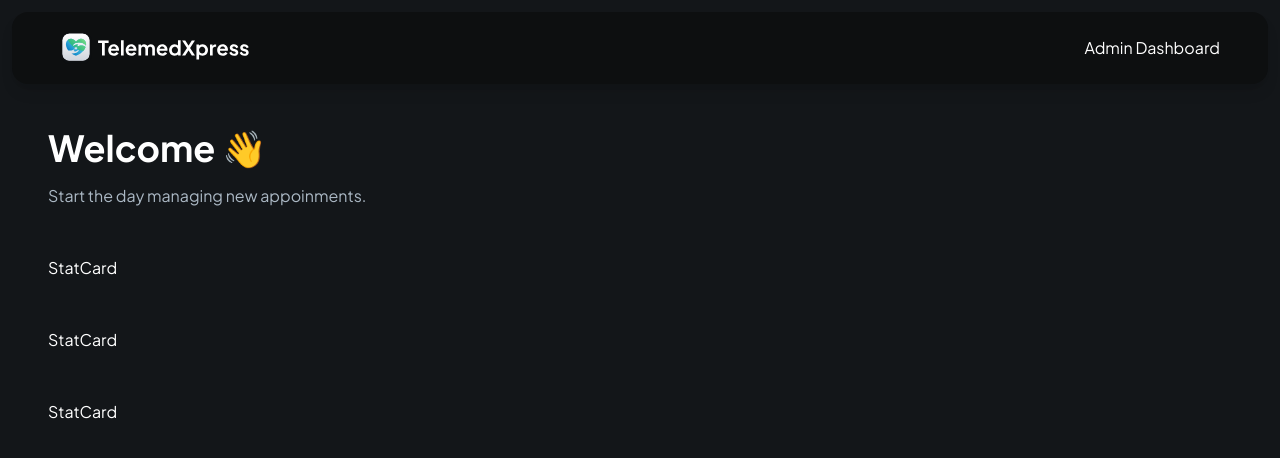
Repository: Carlito-Pedida/telemed
Page: /admin
The author's editor kept a copy of each file at every save. The page is drawn from the files as they stood at one save, then again after the next save.
The browser window is 1280 px wide. The pictures show the whole page.
The project was rebuilt for these pictures with package versions that can differ from the ones it lists, and the page was loaded fresh each time. The framework's server and built-in components were replaced by stand-ins that run in the browser. Also part of the build but not shown: next.config.mjs.

Above is the page before, as saved 2024-11-08 16:04:29.

### app/layout.tsx
import type { Metadata } from "next";
import { Plus_Jakarta_Sans } from "next/font/google";
import "./globals.css";
import { cn } from "@/lib/utils";
import { ThemeProvider } from "@/components/theme-provider";

const fontSans = Plus_Jakarta_Sans({
  subsets: ["latin"],
  weight: ["300", "400", "500", "600", "700"],
  variable: "--font-sans"
});

export const metadata: Metadata = {
  title: "TelemedXpress",
  description: "An Online Healthcare Resource"
};

export default function RootLayout({
  children
}: Readonly<{
  children: React.ReactNode;
}>) {
  return (
    <html lang="en">
      <body
        className={cn(
          "min-h-screen bg-dark-300 font-sans antialiased",
          fontSans.variable
        )}
      >
        <ThemeProvider
          attribute="class"
          defaultTheme="dark"
          enableSystem
          disableTransitionOnChange
        >
          {children}
        </ThemeProvider>
      </body>
    </html>
  );
}

### app/admin/page.tsx
import StatCard from "@/components/StatCard";
import Image from "next/image";
import Link from "next/link";
import React from "react";

const Admin = () => {
  return (
    <div className="mx-auto flex max-w-7xl flex-col space-y-14">
      <header className="admin-header">
        <Link href="/" className="cursor-pointer">
          <Image
            src="/assets/icons/logo-full.svg"
            height={32}
            width={32}
            alt="Logo"
            className="h-8 w-fit"
          />
        </Link>

        <p className="" text-16-semibold>
          Admin Dashboard
        </p>
      </header>
      <main className="admin-main">
        <section className="w-full space-y-4">
          <h1 className="header">Welcome 👋</h1>
          <p className="text-dark-700">
            Start the day managing new appoinments.
          </p>
        </section>

        <section className="admin-stat">
          <StatCard
            type="appointments"
            count={5}
            label="Scheduled appointments"
            icon="/assets/icons/appointments.svg"
          />
        </section>

        <section className="admin-stat">
          <StatCard
            type="pending"
            count={10}
            label="Pending appointments"
            icon="/assets/icons/pending.svg"
          />
        </section>

        <section className="admin-stat">
          <StatCard
            type="cancelled"
            count={2}
            label="Cancelled appointments"
            icon="/assets/icons/cancelled.svg"
          />
        </section>
      </main>
    </div>
  );
};

export default Admin;

### lib/utils.ts
import { type ClassValue, clsx } from "clsx";
import { twMerge } from "tailwind-merge";

export function cn(...inputs: ClassValue[]) {
  return twMerge(clsx(inputs));
}

export const parseStringify = (value: any) => JSON.parse(JSON.stringify(value));

export const convertFileToUrl = (file: File) => URL.createObjectURL(file);

// FORMAT DATE TIME
export const formatDateTime = (dateString: Date | string) => {
  const dateTimeOptions: Intl.DateTimeFormatOptions = {
    // weekday: "short", // abbreviated weekday name (e.g., 'Mon')
    month: "short", // abbreviated month name (e.g., 'Oct')
    day: "numeric", // numeric day of the month (e.g., '25')
    year: "numeric", // numeric year (e.g., '2023')
    hour: "numeric", // numeric hour (e.g., '8')
    minute: "numeric", // numeric minute (e.g., '30')
    hour12: true // use 12-hour clock (true) or 24-hour clock (false)
  };

  const dateDayOptions: Intl.DateTimeFormatOptions = {
    weekday: "short", // abbreviated weekday name (e.g., 'Mon')
    year: "numeric", // numeric year (e.g., '2023')
    month: "2-digit", // abbreviated month name (e.g., 'Oct')
    day: "2-digit" // numeric day of the month (e.g., '25')
  };

  const dateOptions: Intl.DateTimeFormatOptions = {
    month: "short", // abbreviated month name (e.g., 'Oct')
    year: "numeric", // numeric year (e.g., '2023')
    day: "numeric" // numeric day of the month (e.g., '25')
  };

  const timeOptions: Intl.DateTimeFormatOptions = {
    hour: "numeric", // numeric hour (e.g., '8')
    minute: "numeric", // numeric minute (e.g., '30')
    hour12: true // use 12-hour clock (true) or 24-hour clock (false)
  };

  const formattedDateTime: string = new Date(dateString).toLocaleString(
    "en-US",
    dateTimeOptions
  );

  const formattedDateDay: string = new Date(dateString).toLocaleString(
    "en-US",
    dateDayOptions
  );

  const formattedDate: string = new Date(dateString).toLocaleString(
    "en-US",
    dateOptions
  );

  const formattedTime: string = new Date(dateString).toLocaleString(
    "en-US",
    timeOptions
  );

  return {
    dateTime: formattedDateTime,
    dateDay: formattedDateDay,
    dateOnly: formattedDate,
    timeOnly: formattedTime
  };
};

export function encryptKey(passkey: string) {
  return btoa(passkey);
}

export function decryptKey(passkey: string) {
  return atob(passkey);
}

### components/StatCard.tsx
import React from "react";

const StatCard = () => {
  return <div>StatCard</div>;
};

export default StatCard;

### tailwind.config.ts
import type { Config } from "tailwindcss";

const { fontFamily } = require("tailwindcss/defaultTheme");

const config = {
  darkMode: ["class"],
  content: [
    "./pages/**/*.{ts,tsx}",
    "./components/**/*.{ts,tsx}",
    "./app/**/*.{ts,tsx}",
    "./src/**/*.{ts,tsx}"
  ],
  prefix: "",
  theme: {
    container: {
      center: true,
      padding: "2rem",
      screens: {
        "2xl": "1400px"
      }
    },
    extend: {
      colors: {
        green: {
          500: "#24AE7C",
          600: "#0D2A1F"
        },
        blue: {
          500: "#79B5EC",
          600: "#152432"
        },
        red: {
          500: "#F37877",
          600: "#3E1716",
          700: "#F24E43"
        },
        light: {
          200: "#E8E9E9"
        },
        dark: {
          200: "#0D0F10",
          300: "#131619",
          400: "#1A1D21",
          500: "#363A3D",
          600: "#76828D",
          700: "#ABB8C4"
        }
      },
      fontFamily: {
        sans: ["var(--font-sans)", ...fontFamily.sans]
      },
      backgroundImage: {
        appointments: "url('/assets/images/appointments-bg.png')",
        pending: "url('/assets/images/pending-bg.png')",
        cancelled: "url('/assets/images/cancelled-bg.png')"
      },
      keyframes: {
        "accordion-down": {
          from: { height: "0" },
          to: { height: "var(--radix-accordion-content-height)" }
        },
        "accordion-up": {
          from: { height: "var(--radix-accordion-content-height)" },
          to: { height: "0" }
        },
        "caret-blink": {
          "0%,70%,100%": { opacity: "1" },
          "20%,50%": { opacity: "0" }
        }
      },
      animation: {
        "accordion-down": "accordion-down 0.2s ease-out",
        "accordion-up": "accordion-up 0.2s ease-out",
        "caret-blink": "caret-blink 1.25s ease-out infinite"
      }
    }
  },
  plugins: [require("tailwindcss-animate")]
} satisfies Config;

export default config;

Loaded but not shown: app/globals.css (common file); components/theme-provider.tsx (common file)

After the next save:
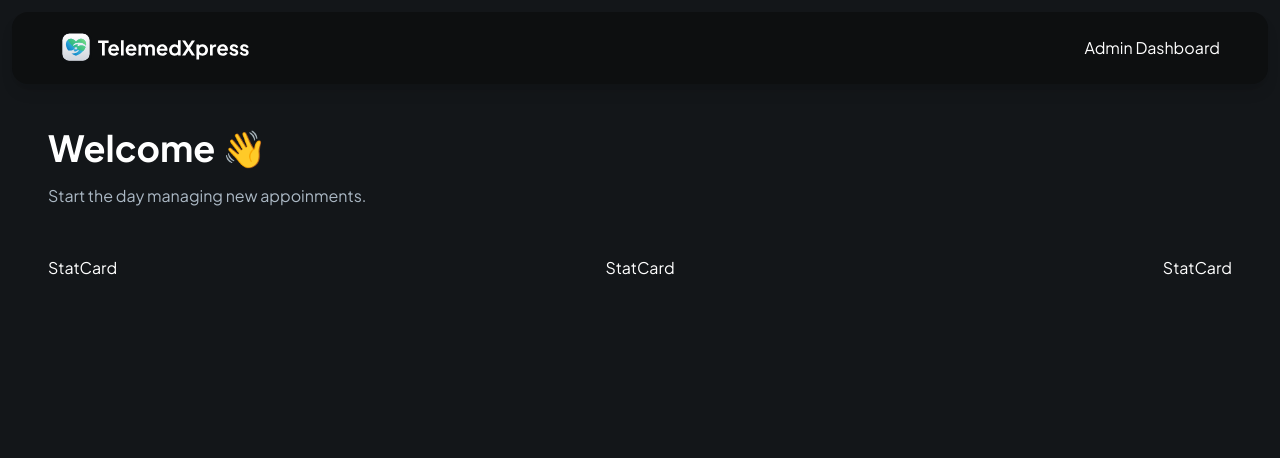
Saved 43 s later.
--- a/app/admin/page.tsx
+++ b/app/admin/page.tsx
@@ -36,18 +36,14 @@ const Admin = () => {
             label="Scheduled appointments"
             icon="/assets/icons/appointments.svg"
           />
-        </section>
 
-        <section className="admin-stat">
           <StatCard
             type="pending"
             count={10}
             label="Pending appointments"
             icon="/assets/icons/pending.svg"
           />
-        </section>
 
-        <section className="admin-stat">
           <StatCard
             type="cancelled"
             count={2}
